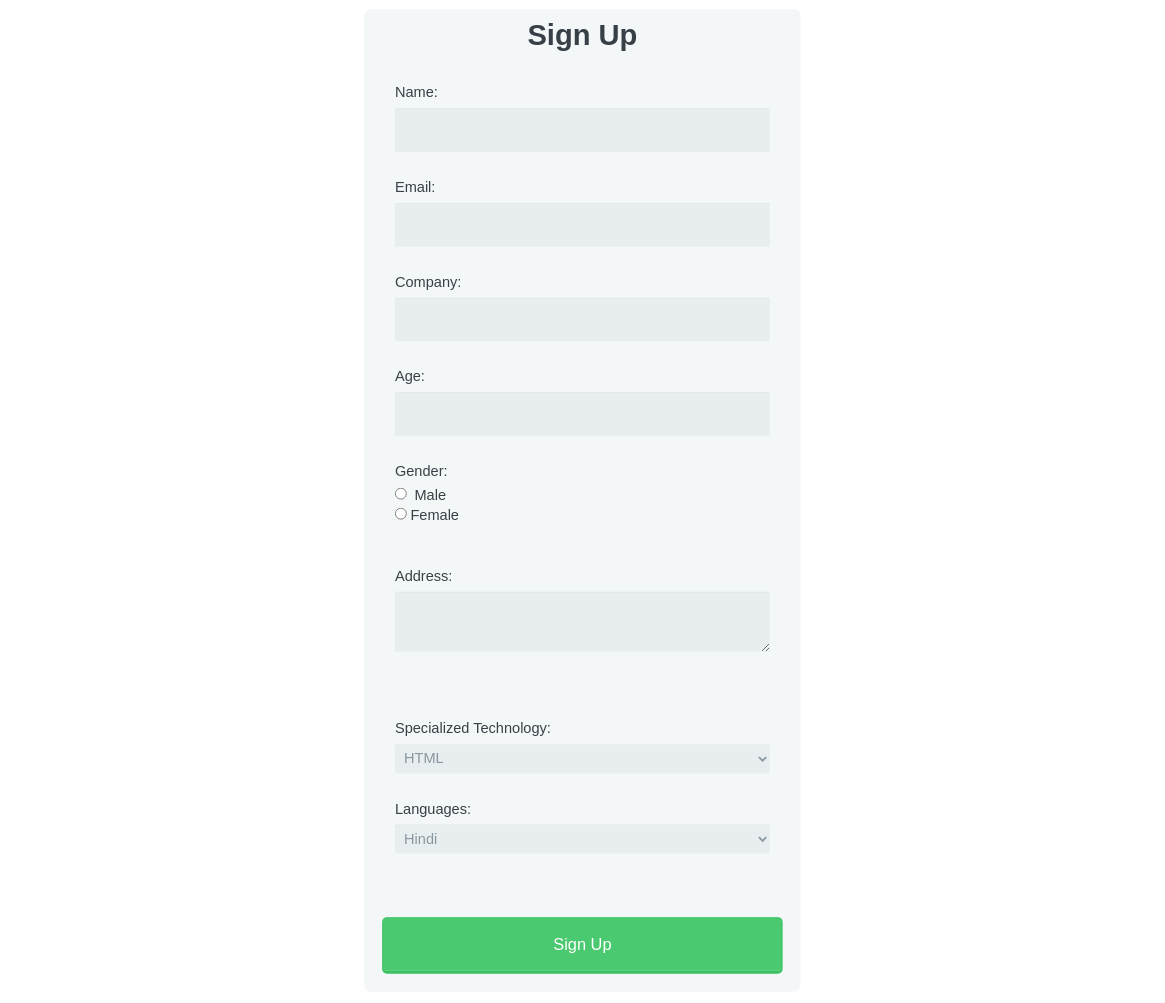
Repository: sunil965/JDBC-Servlet-JSP
Page: http://localhost/JspRegistrationTask/employee.jsp
An editor plug-in stored every save of this project. The page is shown before and after the next save, followed by the edit.
The browser window is 1280 px wide. The pictures show the whole page, at 91% of full size.
The page is served by Tomcat 9.

Above is the page before, as saved 2017-05-04 11:10:59.

After the next save:
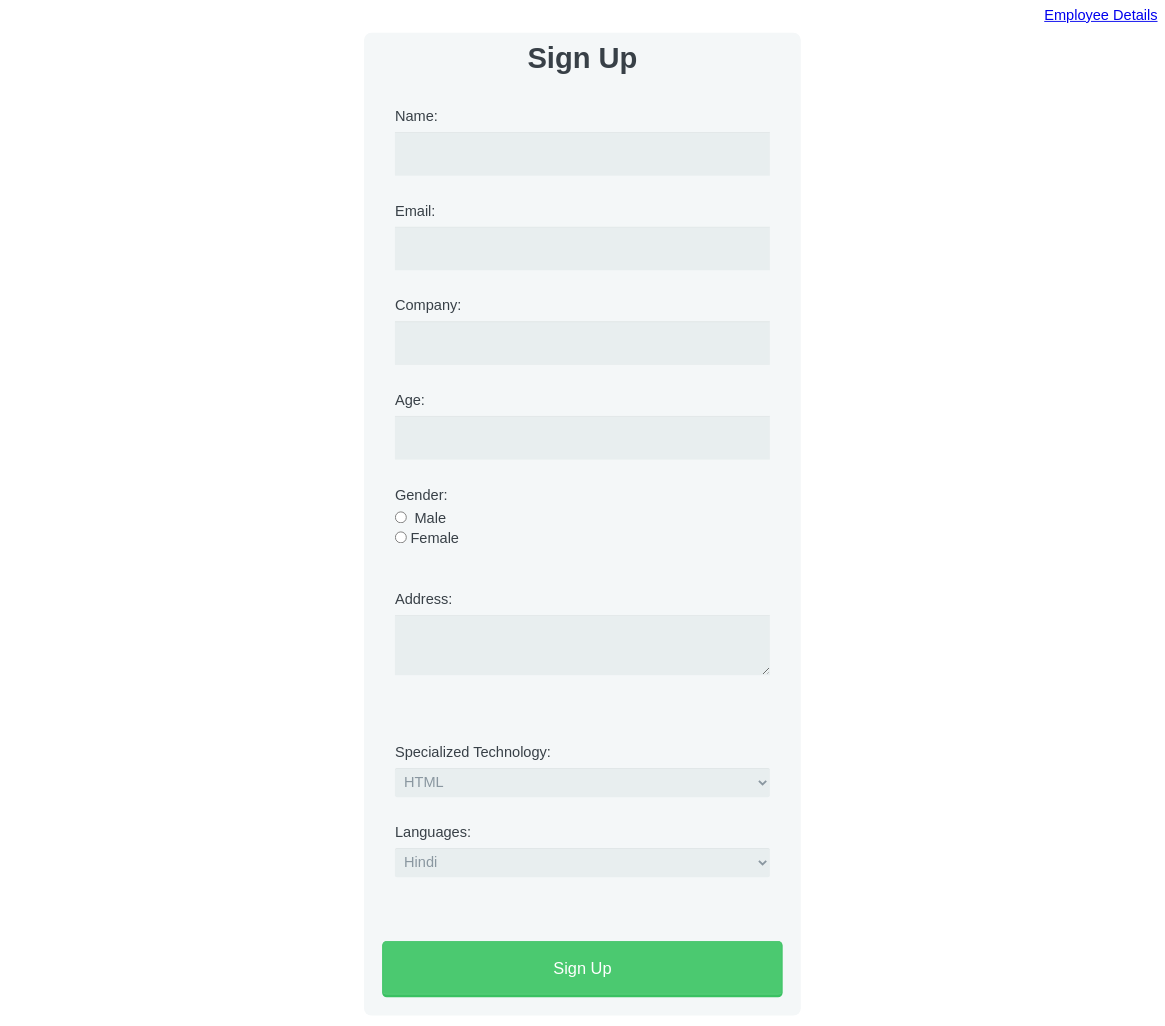
Saved 109 s later.
--- a/JspRegistrationTask/WebContent/employee.jsp
+++ b/JspRegistrationTask/WebContent/employee.jsp
@@ -208,8 +208,11 @@ label.light {
 
 }
 </style>
-<script type="text/javascript"></script>
+<script type="text/javascript">
+
+</script>
 </head>
+<div align="right"><a href="employeeDetails">Employee Details</a></div>
 <body>
 <form action="index.html" method="post">
 
